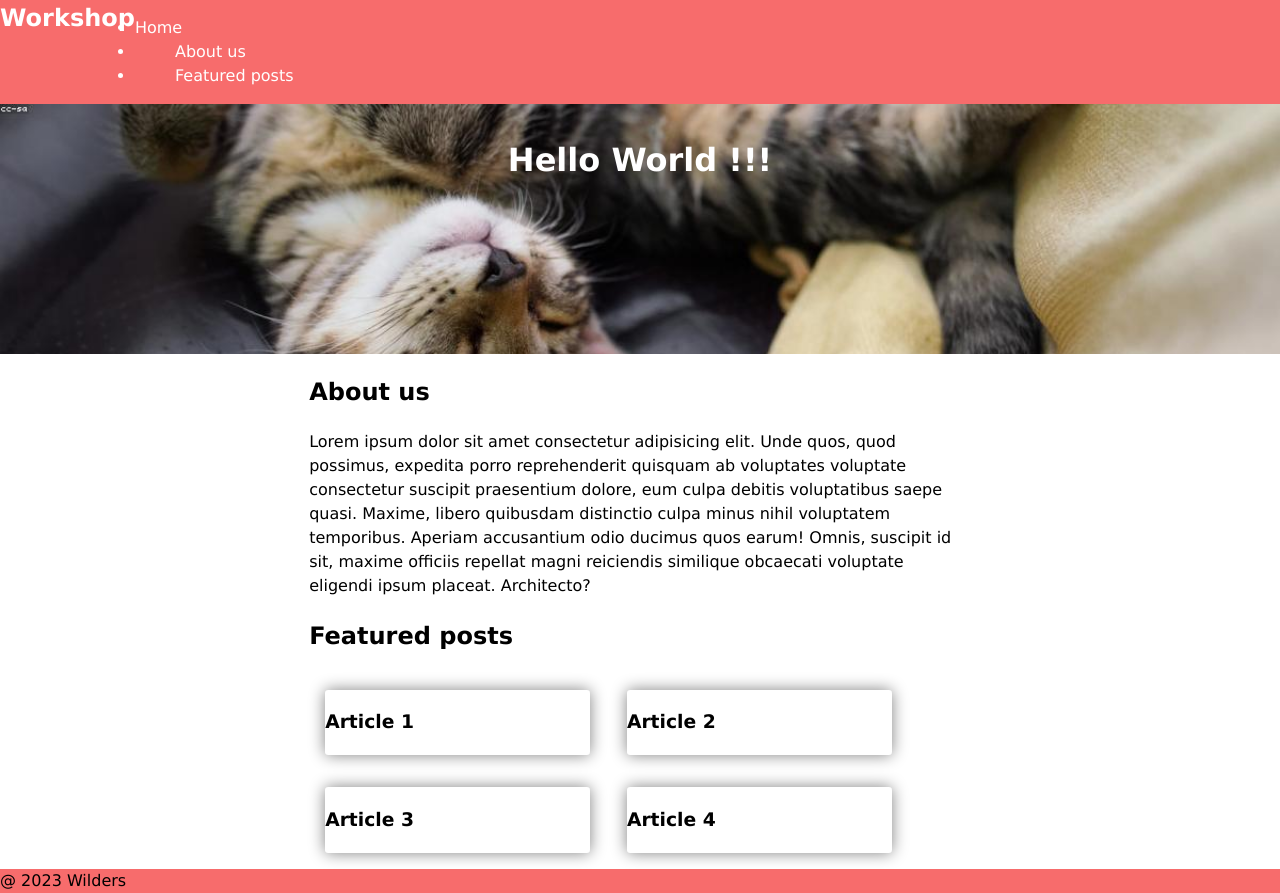
Repository: PPaillard/cssresponsive
Page: index.html
An editor plug-in stored every save of this project. The page is shown before and after the next save, followed by the edit.
The browser window is 1280 px wide. The pictures show the whole page.

Above is the page before, as saved 2023-03-03 12:19:23.

### index.html
<!DOCTYPE html>
<html lang="en">
  <head>
    <meta charset="UTF-8" />
    <meta http-equiv="X-UA-Compatible" content="IE=edge" />
    <meta name="viewport" content="width=device-width, initial-scale=1.0" />
    <title>Document</title>
    <link rel="stylesheet" href="style.css" />
  </head>
  <body>
    <nav>
      <h2>Workshop</h2>
      <ul>
        <li><a href="#home">Home</a></li>
        <li><a href="#aboutus">About us</a></li>
        <li><a href="#featuredposts">Featured posts</a></li>
      </ul>
    </nav>
    <header>
      <h1>Hello World !!!</h1>
    </header>
    <main>
      <section>
        <h2>About us</h2>
        <p>
          Lorem ipsum dolor sit amet consectetur adipisicing elit. Unde quos,
          quod possimus, expedita porro reprehenderit quisquam ab voluptates
          voluptate consectetur suscipit praesentium dolore, eum culpa debitis
          voluptatibus saepe quasi. Maxime, libero quibusdam distinctio culpa
          minus nihil voluptatem temporibus. Aperiam accusantium odio ducimus
          quos earum! Omnis, suscipit id sit, maxime officiis repellat magni
          reiciendis similique obcaecati voluptate eligendi ipsum placeat.
          Architecto?
        </p>
      </section>
      <section>
        <h2>Featured posts</h2>
        <article><h1>Article 1</h1></article>
        <article><h1>Article 2</h1></article>
        <article><h1>Article 3</h1></article>
        <article><h1>Article 4</h1></article>
      </section>
    </main>
    <footer>@ 2023 Wilders</footer>
  </body>
</html>

### style.css
* {
  box-sizing: border-box;
}

body {
  margin: 0;
  line-height: 1.5;
  font-family: Verdana, Geneva, Tahoma, sans-serif;
}

/* Navigation */
nav {
  display: flex;
  background-color: #f76c6c;
  color: #ffffff;
}

nav > h2 {
  margin: 0;
}

nav ul {
  margin: 0;
  padding: 1rem 0 1rem 0;
  display: flex;
  flex-direction: column;
}

nav ul li:not(:first-of-type) {
  padding-left: 2.5rem;
}

nav ul li a {
  color: white;
  text-decoration: none;
}
/* fin de navigation */
/* header */

header {
  min-height: 250px;
  text-align: center;
  background-image: url("65535_52214085447_ec2bf04bd7_h_1200_300_nofilter.jpg");
  background-repeat: no-repeat;
  background-size: cover;
}
header h1 {
  color: white;
  margin: 0;
  padding-top: 2rem;
}

section {
  margin: 0 auto;
  max-width: 65ch;
}

section article {
  display: inline-block;
  width: 40%;
  margin: 1rem;
  border-radius: 0.2rem;
  box-shadow: 0 0 1rem grey;
}

footer {
  background-color: #f76c6c;
}

After the next save:
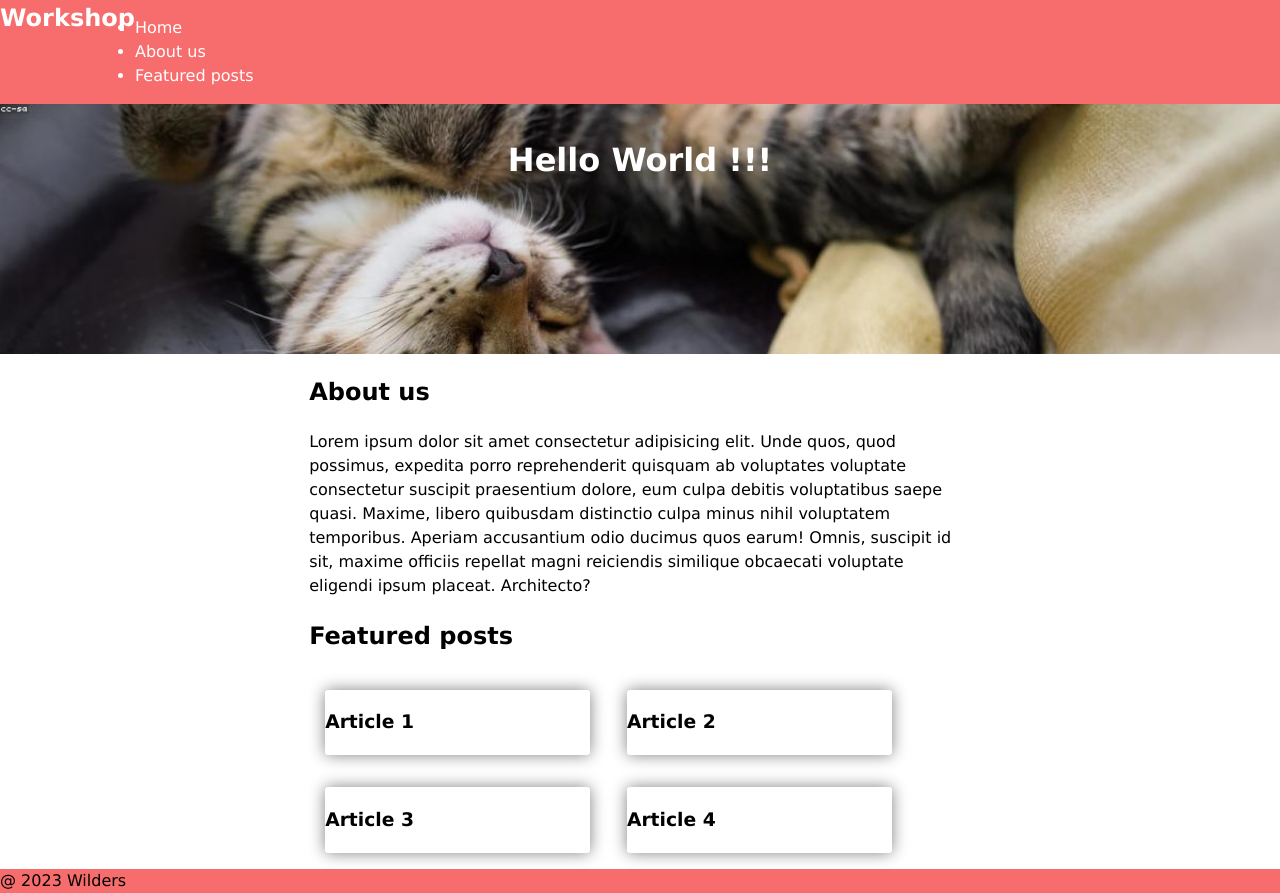
Saved 29 s later.
--- a/style.css
+++ b/style.css
@@ -24,10 +24,6 @@ nav ul {
   padding: 1rem 0 1rem 0;
   display: flex;
   flex-direction: column;
-}
-
-nav ul li:not(:first-of-type) {
-  padding-left: 2.5rem;
 }
 
 nav ul li a {
